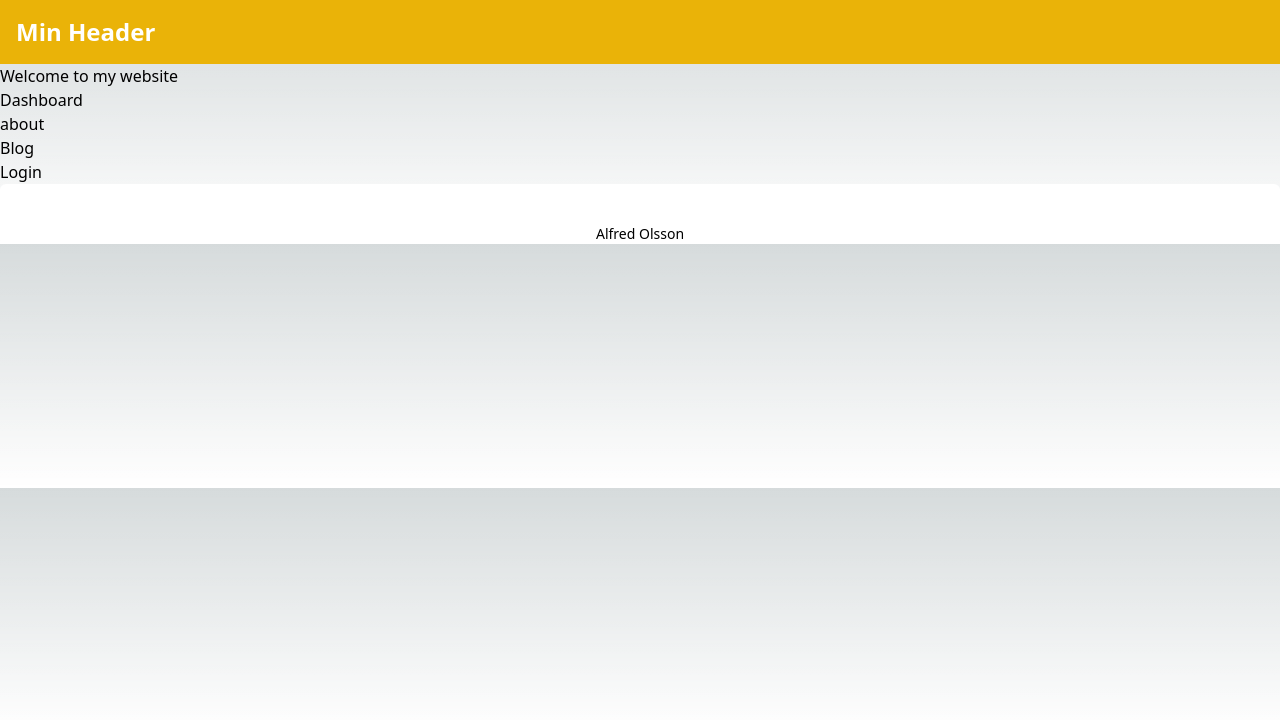
Repository: AlligatorAffe/NextWebsite
Page: /
The author's editor kept a copy of each file at every save. The page is drawn from the files as they stood at one save, then again after the next save.
The browser window is 1280 px wide. The pictures show the whole page.
The project was rebuilt for these pictures with package versions that can differ from the ones it lists, and the page was loaded fresh each time. The framework's server and built-in components were replaced by stand-ins that run in the browser. Also part of the build but not shown: next.config.js.

Above is the page before, as saved 2024-01-04 21:26:17.

### app/layout.tsx
import './globals.css'
import { Metadata } from 'next'





export const metadata: Metadata = {
  title: 'Home',
  description: 'Welcome to Next.js',
}

/**
 *
 *
 *
 *
 *
 *

const inter = Inter({ subsets: ['latin'] })

export const metadata: Metadata = {
  title: 'Create Next App',
  description: 'Generated by create next app',
}

export default function RootLayout({
  children,
}: {
  children: React.ReactNode
}) {
  return (
    <html lang="en">
      <body>{children}</body>
    </html>
  )
}

 */

export default function RootLayout({
  // Layouts must accept a children prop.
  // This will be populated with nested layouts or pages
  children,
}: {
  children: React.ReactNode
}) {
  return (
    <html lang="en">

      <body>
        <header className="bg-yellow-500 p-4">
          <h1 className="text-2xl font-bold text-white">Min Header</h1>
        </header>
        {children}
        <footer className='bg-white rounded-md pt-10'>
          <h3 className='text-black text-center text-sm align-middle'>Alfred Olsson</h3>
        </footer>
      </body>
    </html>
  )
}

### app/template.tsx



export default function Template({ children }: { children: React.ReactNode }) {
    return <div>{children}</div>
  }

### app/page.tsx
import Image from 'next/image'
import { Metadata } from 'next'
import Link from 'next/link'

/*
export default function Page() {
  return <div >
      <h1 >
        Welcome to my website
      </h1>
    </div>

}
*/


export const metadata: Metadata = {
  title: 'My Page Title',
}

export default function Page() {
  return <div >
  <h1 >
    Welcome to my website
  </h1>
  <p>   <Link href="/dashboard">Dashboard</Link></p>
  <p>   <Link href="/about">about</Link></p>
  <p>   <Link href="/blogpost">Blog</Link></p>
  <p>   <Link href="/login">Login</Link></p>
</div>
}

Loaded but not shown: app/globals.css (common file); tailwind.config.ts (common file)

After the next save:
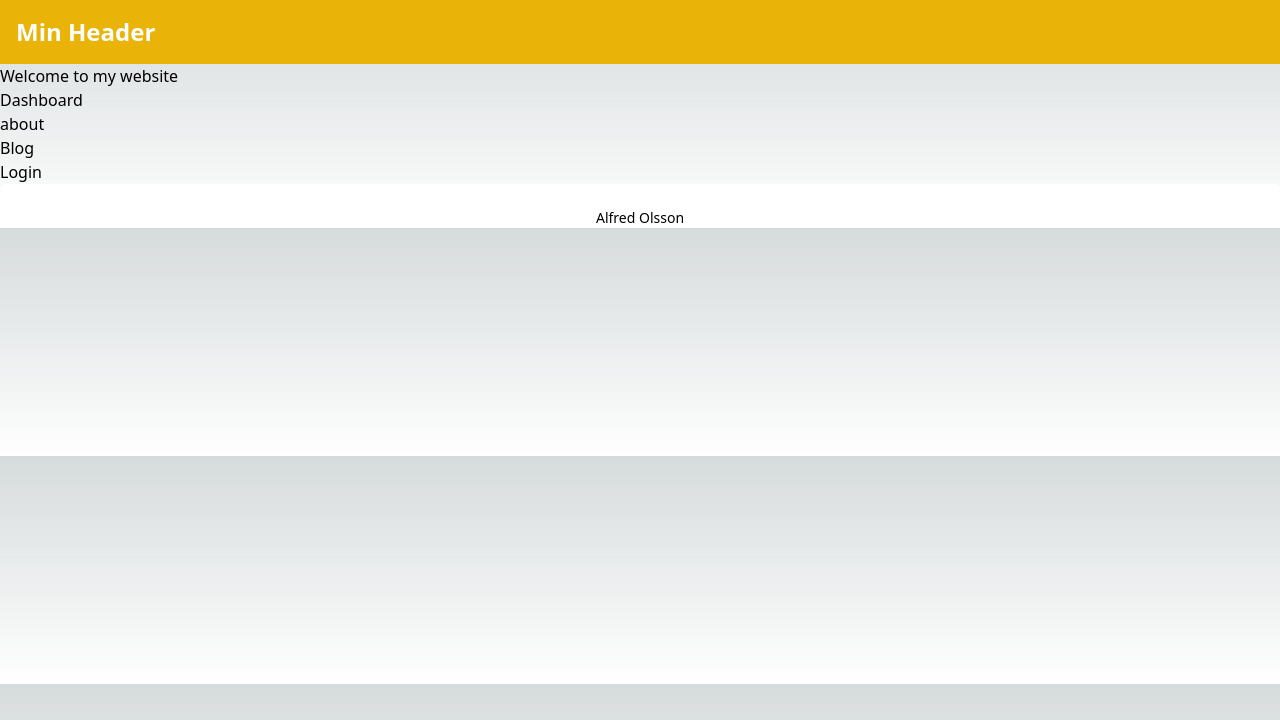
Saved 13 s later.
--- a/app/layout.tsx
+++ b/app/layout.tsx
@@ -54,7 +54,7 @@ export default function RootLayout({
           <h1 className="text-2xl font-bold text-white">Min Header</h1>
         </header>
         {children}
-        <footer className='bg-white rounded-md pt-10'>
+        <footer className='bg-white rounded-md pt-6'>
           <h3 className='text-black text-center text-sm align-middle'>Alfred Olsson</h3>
         </footer>
       </body>
